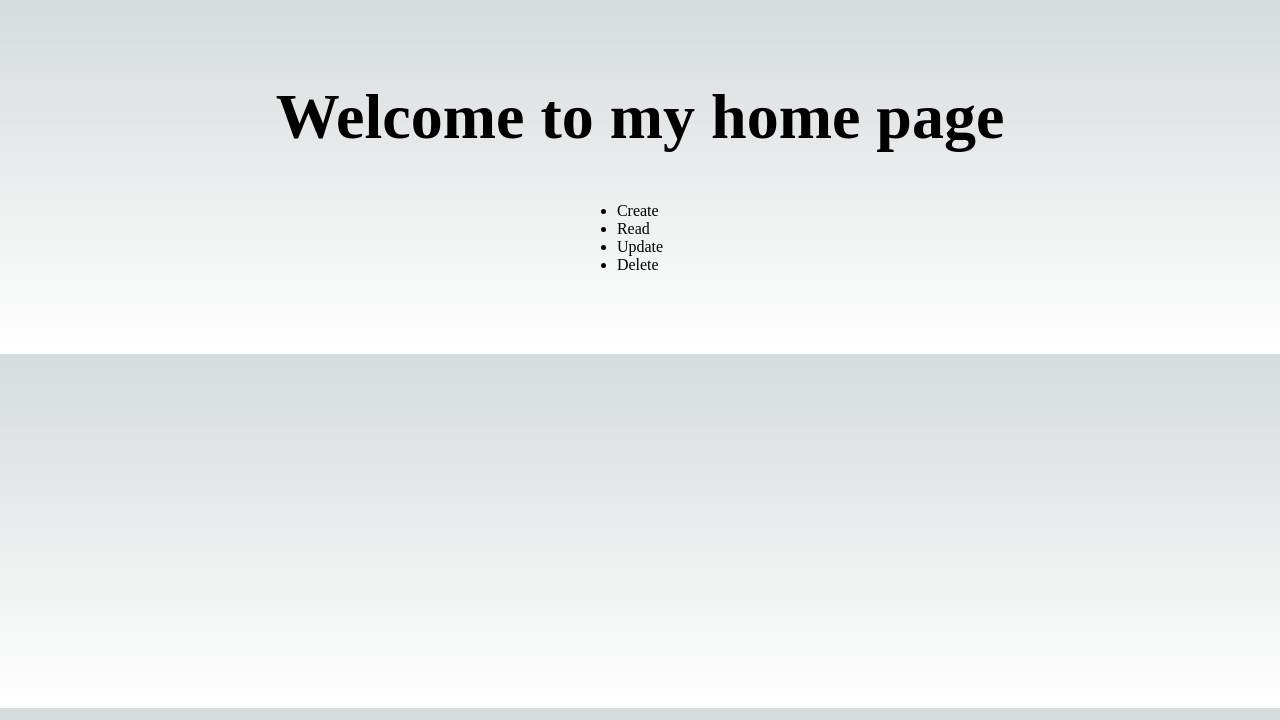
Repository: karthur1/playwright
Page: /
An editor plug-in stored every save of this project. The page is shown before and after the next save, followed by the edit.
The browser window is 1280 px wide. The pictures show the whole page.
The project was rebuilt for these pictures with package versions that can differ from the ones it lists, and the page was loaded fresh each time. The framework's server and built-in components were replaced by stand-ins that run in the browser. Also part of the build but not shown: next.config.js.

Above is the page before, as saved 2023-01-23 11:05:28.

### pages/index.js
import Head from 'next/head'
import Image from 'next/image'
import { Inter } from '@next/font/google'
import styles from '@/styles/Home.module.css'

const inter = Inter({ subsets: ['latin'] })

export default function Home() {
  return (
    <>
      <Head>
        <title>Example #1</title>
        <meta name="description" content="Generated by create next app" />
        <meta name="viewport" content="width=device-width, initial-scale=1" />
        <link rel="icon" href="/favicon.ico" />
      </Head>
      <main className={styles.main}>
        <h1 className={styles.title}>
          Welcome to my home page
        </h1>

        <div className={styles.grid}>
          <div className={styles.gird_container} style={{diplay: "grid"}}>
            <ul>
              <li>Create</li>
              <li>Read</li>
              <li>Update</li>
              <li>Delete</li>
            </ul>
            </div>

        </div>
      </main>
    </>
  )
}

### styles/Home.module.css
.container {
  min-height: 100vh;
  padding: 0 0.5rem;
  display: flex;
  flex-direction: column;
  justify-content: center;
  align-items: center;
}

.main {
  padding: 5rem 0;
  flex: 1;
  display: flex;
  flex-direction: column;
  justify-content: center;
  align-items: center;
}

.footer {
  width: 100%;
  height: 100px;
  border-top: 1px solid #eaeaea;
  display: flex;
  justify-content: center;
  align-items: center;
}

.footer a {
  display: flex;
  justify-content: center;
  align-items: center;
  flex-grow: 1;
}

.title a {
  color: #0070f3;
  text-decoration: none;
}

.title a:hover,
.title a:focus,
.title a:active {
  text-decoration: underline;
}

.title {
  margin: 0;
  line-height: 1.15;
  font-size: 4rem;
}

.title,
.description {
  text-align: center;
}

.description {
  line-height: 1.5;
  font-size: 1.5rem;
}

.code {
  background: #fafafa;
  border-radius: 5px;
  padding: 0.75rem;
  font-size: 1.1rem;
  font-family: Menlo, Monaco, Lucida Console, Liberation Mono, DejaVu Sans Mono,
    Bitstream Vera Sans Mono, Courier New, monospace;
}

.grid {
  display: flex;
  align-items: center;
  justify-content: center;
  flex-wrap: wrap;
  max-width: 800px;
  margin-top: 3rem;
}

.grid__container {
  display: grid;
  grid-template-columns: auto auto auto;
  background-color: #2196F3;
  padding: 10px;
}
.grid__item {
  background-color: rgba(255, 255, 255, 0.8);
  border: 1px solid rgba(0, 0, 0, 0.8);
  padding: 20px;
  font-size: 30px;
  text-align: center;
}

.card {
  margin: 1rem;
  padding: 1.5rem;
  text-align: left;
  color: inherit;
  text-decoration: none;
  border: 1px solid #eaeaea;
  border-radius: 10px;
  transition: color 0.15s ease, border-color 0.15s ease;
  width: 45%;
}

.card:hover,
.card:focus,
.card:active {
  color: #0070f3;
  border-color: #0070f3;
}

.card h2 {
  margin: 0 0 1rem 0;
  font-size: 1.5rem;
}

.card p {
  margin: 0;
  font-size: 1.25rem;
  line-height: 1.5;
}

.logo {
  height: 1em;
  margin-left: 0.5rem;
}

@media (max-width: 600px) {
  .grid {
    width: 100%;
    flex-direction: column;
  }
}

Loaded but not shown: pages/_app.js (common file); pages/_document.js (common file); styles/globals.css (common file)

After the next save:
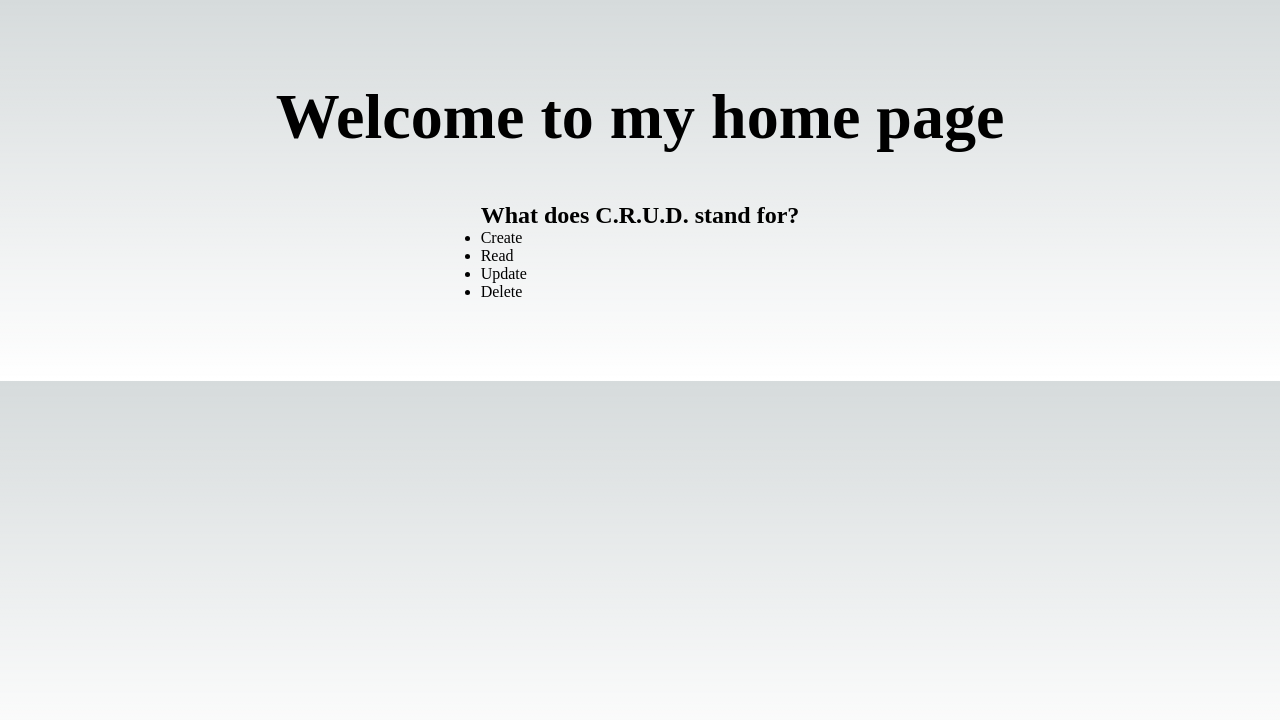
Saved 44 s later.
--- a/pages/index.js
+++ b/pages/index.js
@@ -21,6 +21,9 @@ export default function Home() {
 
         <div className={styles.grid}>
           <div className={styles.gird_container} style={{diplay: "grid"}}>
+            <div>
+              <h2>What does C.R.U.D. stand for?</h2>
+            </div>
             <ul>
               <li>Create</li>
               <li>Read</li>
